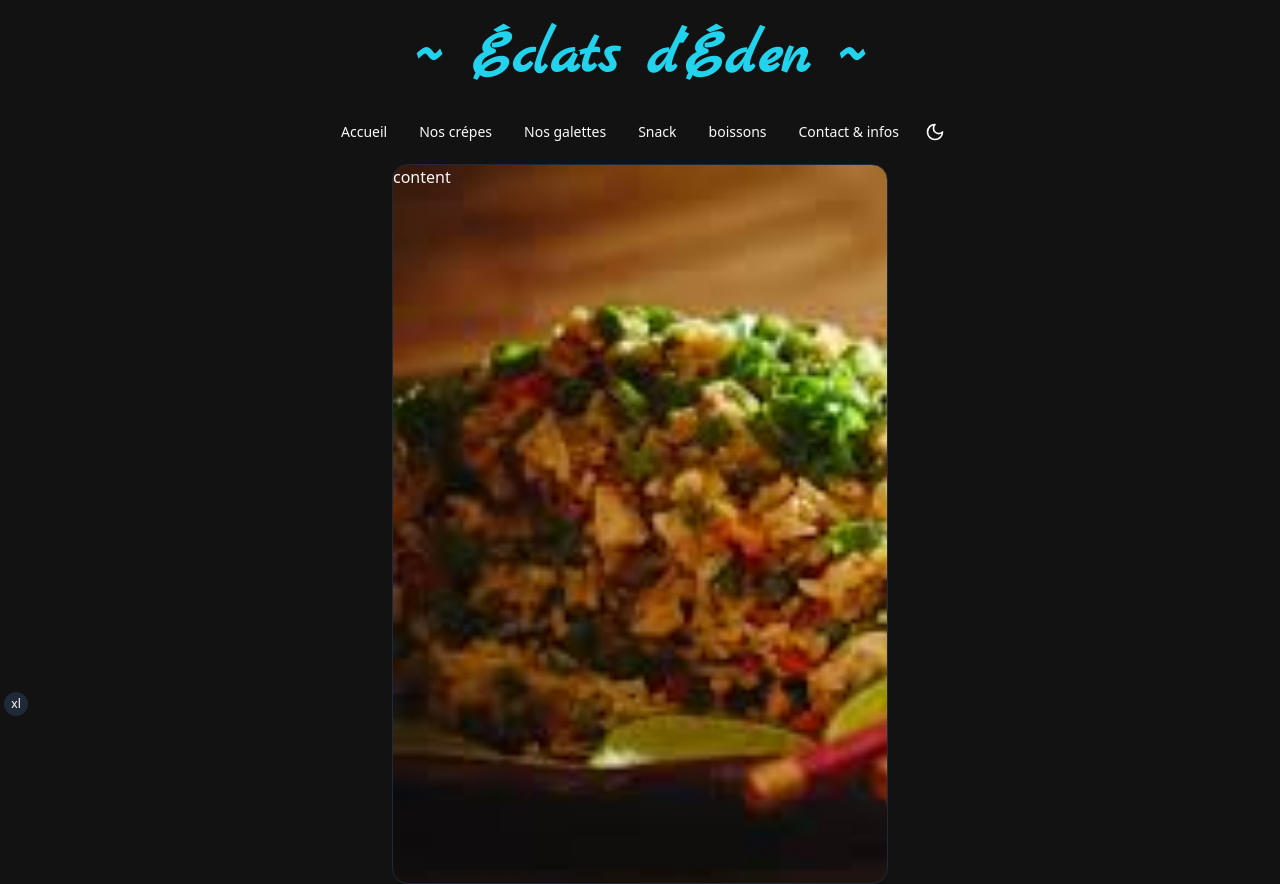
Repository: jeffMauritius/eclats-deden
Page: /schedule
These files come from the project's save history. The page is drawn as it stood at one moment and after the next save; the edit follows.
The browser window is 1280 px wide. The pictures show the whole page.
The project was rebuilt for these pictures with package versions that can differ from the ones it lists, and the page was loaded fresh each time. The framework's server and built-in components were replaced by stand-ins that run in the browser. Also part of the build but not shown: next.config.mjs.

Above is the page before, as saved 2024-08-13 07:06:14.

### app/layout.tsx
// app/layout.
import { Header } from "@/components/layout/Header"
import { TailwindIndicator } from "@/components/TailwindIndicator"
import { SiteConfig } from "@/lib/config"
import { cn } from "@/lib/utils"
import type { Metadata } from "next"
import { Inter, Marck_Script } from "next/font/google"
import { PropsWithChildren } from "react"
import { Providers } from "./Providers"
import "./globals.css"
import { Title } from "@/components/layout/Title"

const fontSans = Inter({ subsets: ["latin"], variable: "--font-sans" })
const fontDisplay = Marck_Script({
  subsets: ["latin"],
  variable: "--font-display",
  weight: "400",
})

export const metadata: Metadata = {
  title: SiteConfig.title,
  description: SiteConfig.description,
}

export default function RootLayout({ children }: PropsWithChildren) {
  return (
    <html lang="en" className="h-full" suppressHydrationWarning>
      <head />
      <body
        className={cn(
          `flex flex-col h-screen bg-background font-sans antialiased p-5`,
          fontSans.variable,
          fontDisplay.variable,
        )}
      >
        <Providers>
          <div className="relative flex flex-col">
            <Title title="Éclats d'Éden" />
            <div>
              <Header />
            </div>
            {children}
          </div>
          <TailwindIndicator />
        </Providers>
      </body>
    </html>
  )
}

### app/schedule/page.tsx
const SchedulePage = () => {
  return (
    <div>
      <div className="flex justify-center">
        <div className="absolute m-auto h-screen w-2/5 rounded-2xl border bg-[url('/riz.jpeg')] bg-cover ">
          <div className="relative imageUrl={`bg-[url('/riz.jpeg')] bg-cover`}">
            content
          </div>
        </div>
      </div>
    </div>
  )
}

export default SchedulePage

### src/components/layout/Header.tsx
"use client"

import { ThemeToggle } from "../ThemeToggle"
import NavigationMenuComponent from "./NavigationMenu"

export function Header() {
  return (
    <header className=" z-30 w-full">
      <div className=" container flex  flex-col  items-center space-x-4 pt-3 sm:justify-between sm:space-x-0">
        <div className="flex flex-auto justify-center py-3">
          <NavigationMenuComponent />
          <ThemeToggle />
        </div>
      </div>
    </header>
  )
}

### src/lib/config.ts
export const SiteConfig = {
  title: "Camille snack",
  description: "La Cuvette Beach, Grand Baie, Île Maurice",
} as const

### app/Providers.tsx
"use client"

import { SessionProvider } from "next-auth/react"
import { ThemeProvider } from "next-themes"
import { PropsWithChildren } from "react"
import { Toaster } from "react-hot-toast"

export const Providers = ({ children }: PropsWithChildren) => {
  return (
    <>
      <ThemeProvider attribute="class" defaultTheme="dark" enableSystem>
        <Toaster />
        <SessionProvider>{children}</SessionProvider>
      </ThemeProvider>
    </>
  )
}

### app/globals.css
@tailwind base;
  @tailwind components;
  @tailwind utilities;

  @layer base {
    :root {
      --background: 0 0% 100%;
      --foreground: 222.2 84% 4.9%;

      --card: 0 0% 100%;
      --card-foreground: 222.2 84% 4.9%;

      --popover: 0 0% 100%;
      --popover-foreground: 222.2 84% 4.9%;

      --primary: 222.2 47.4% 11.2%;
      --primary-foreground: 210 40% 98%;

      --secondary: 210 40% 96.1%;
      --secondary-foreground: 222.2 47.4% 11.2%;

      --muted: 210 40% 96.1%;
      --muted-foreground: 215.4 16.3% 46.9%;

      --accent: 210 40% 96.1%;
      --accent-foreground: 222.2 47.4% 11.2%;

      --destructive: 0 84.2% 60.2%;
      --destructive-foreground: 210 40% 98%;

      --border: 214.3 31.8% 91.4%;
      --input: 214.3 31.8% 91.4%;
      --ring: 222.2 84% 4.9%;

      --radius: 0.5rem;
    }

    .dark {
      --background: rgb(10, 11, 10);
      --foreground: 210 40% 98%;

      --card: rgb(10, 11, 10);
      --card-foreground: 210 40% 98%;

      --popover: 222.2 84% 4.9%;
      --popover-foreground: 210 40% 98%;

      --primary: 210 40% 98%;
      --primary-foreground: 222.2 47.4% 11.2%;

      --secondary: 217.2 32.6% 17.5%;
      --secondary-foreground: 210 40% 98%;

      --muted: 217.2 32.6% 17.5%;
      --muted-foreground: 215 20.2% 65.1%;

      --accent: 217.2 32.6% 17.5%;
      --accent-foreground: 210 40% 98%;

      --destructive: 0 62.8% 30.6%;
      --destructive-foreground: 210 40% 98%;

      --border: 217.2 32.6% 17.5%;
      --input: 217.2 32.6% 17.5%;
      --ring: 212.7 26.8% 83.9%;
    }
  }

  @layer base {
    * {
      @apply border-border;
    }
    @font-face {
      font-family: 'Marck Script';
      font-style: normal;
      font-weight: 400;
      font-display: swap;
      src: url(/fonts/MarckScript-Regular.ttf) format('ttf');
    }
    body {
      @apply bg-background text-foreground;
    }
  }

### src/components/layout/Title.tsx
interface TitleProps {
  title: string
}

export function Title({ title }: TitleProps) {
  return (
    <div className="flex flex-auto justify-center ">
      <h1
        className={`pt-2 font-display text-4xl font-bold text-cyan-400 md:text-6xl`}
      >
        {" "}
        {`~ ${title} ~`}
      </h1>
    </div>
  )
}

### src/components/ThemeToggle.tsx
"use client"

import { Button } from "@/components/ui/button"
import { Moon, Sun } from "lucide-react"
import { useTheme } from "next-themes"

export function ThemeToggle() {
  const { setTheme, theme } = useTheme()

  return (
    <Button
      variant="ghost"
      size="icon"
      onClick={() => setTheme(theme === "light" ? "dark" : "light")}
    >
      <Sun className="h-6 w-[1.3rem] dark:hidden" />
      <Moon className="hidden size-5 dark:block" />
      <span className="sr-only">Toggle theme</span>
    </Button>
  )
}

### src/components/layout/NavigationMenu.tsx
"use client"

import {
  NavigationMenu,
  NavigationMenuLink,
  navigationMenuTriggerStyle,
} from "@/components/ui/navigation-menu"
import { navigationData } from "./navigationData"
import { useClientMediaQuery } from "@/lib/isMobileDevice"

const NavigationMenuComponent = () => {
  const isMobile = useClientMediaQuery("(max-width: 600px)")
  return (
    <NavigationMenu>
      {!isMobile &&
        navigationData.map((item, index) => (
          <NavigationMenuLink
            className={navigationMenuTriggerStyle()}
            key={index}
            href={item.link}
          >
            {item.title}
          </NavigationMenuLink>
        ))}
    </NavigationMenu>
  )
}

export default NavigationMenuComponent

### src/components/ui/button.tsx
import * as React from "react"
import { Slot } from "@radix-ui/react-slot"
import { cva, type VariantProps } from "class-variance-authority"

import { cn } from "@/lib/utils"

const buttonVariants = cva(
  "inline-flex items-center justify-center whitespace-nowrap rounded-md text-sm font-medium ring-offset-background transition-colors focus-visible:outline-none focus-visible:ring-2 focus-visible:ring-ring focus-visible:ring-offset-2 disabled:pointer-events-none disabled:opacity-50",
  {
    variants: {
      variant: {
        default: "bg-primary text-primary-foreground hover:bg-primary/90",
        destructive:
          "bg-destructive text-destructive-foreground hover:bg-destructive/90",
        outline:
          "border border-input bg-background hover:bg-accent hover:text-accent-foreground",
        secondary:
          "bg-secondary text-secondary-foreground hover:bg-secondary/80",
        ghost: "hover:bg-accent hover:text-accent-foreground",
        link: "text-primary underline-offset-4 hover:underline",
      },
      size: {
        default: "h-10 px-4 py-2",
        sm: "h-9 rounded-md px-3",
        lg: "h-11 rounded-md px-8",
        icon: "size-10",
      },
    },
    defaultVariants: {
      variant: "default",
      size: "default",
    },
  },
)

export interface ButtonProps
  extends React.ButtonHTMLAttributes<HTMLButtonElement>,
    VariantProps<typeof buttonVariants> {
  asChild?: boolean
}

const Button = React.forwardRef<HTMLButtonElement, ButtonProps>(
  ({ className, variant, size, asChild = false, ...props }, ref) => {
    const Comp = asChild ? Slot : "button"
    return (
      <Comp
        className={cn(buttonVariants({ variant, size, className }))}
        ref={ref}
        {...props}
      />
    )
  },
)
Button.displayName = "Button"

export { Button, buttonVariants }

### src/components/ui/navigation-menu.tsx
import * as React from "react"
import * as NavigationMenuPrimitive from "@radix-ui/react-navigation-menu"
import { cva } from "class-variance-authority"
import { ChevronDown } from "lucide-react"

import { cn } from "@/lib/utils"

const NavigationMenu = React.forwardRef<
  React.ElementRef<typeof NavigationMenuPrimitive.Root>,
  React.ComponentPropsWithoutRef<typeof NavigationMenuPrimitive.Root>
>(({ className, children, ...props }, ref) => (
  <NavigationMenuPrimitive.Root
    ref={ref}
    className={cn(
      "relative z-10 flex max-w-max flex-1 items-center justify-center",
      className,
    )}
    {...props}
  >
    {children}
    <NavigationMenuViewport />
  </NavigationMenuPrimitive.Root>
))
NavigationMenu.displayName = NavigationMenuPrimitive.Root.displayName

const NavigationMenuList = React.forwardRef<
  React.ElementRef<typeof NavigationMenuPrimitive.List>,
  React.ComponentPropsWithoutRef<typeof NavigationMenuPrimitive.List>
>(({ className, ...props }, ref) => (
  <NavigationMenuPrimitive.List
    ref={ref}
    className={cn(
      "group flex flex-1 list-none items-center justify-center space-x-1",
      className,
    )}
    {...props}
  />
))
NavigationMenuList.displayName = NavigationMenuPrimitive.List.displayName

const NavigationMenuItem = NavigationMenuPrimitive.Item

const navigationMenuTriggerStyle = cva(
  "group inline-flex h-10 w-max items-center justify-center rounded-md bg-background px-4 py-2 text-sm font-medium transition-colors hover:bg-accent hover:text-accent-foreground focus:bg-accent focus:text-accent-foreground focus:outline-none disabled:pointer-events-none disabled:opacity-50 data-[active]:bg-accent/50 data-[state=open]:bg-accent/50",
)

const NavigationMenuTrigger = React.forwardRef<
  React.ElementRef<typeof NavigationMenuPrimitive.Trigger>,
  React.ComponentPropsWithoutRef<typeof NavigationMenuPrimitive.Trigger>
>(({ className, children, ...props }, ref) => (
  <NavigationMenuPrimitive.Trigger
    ref={ref}
    className={cn(navigationMenuTriggerStyle(), "group", className)}
    {...props}
  >
    {children}{" "}
    <ChevronDown
      className="relative top-px ml-1 size-3 transition duration-200 group-data-[state=open]:rotate-180"
      aria-hidden="true"
    />
  </NavigationMenuPrimitive.Trigger>
))
NavigationMenuTrigger.displayName = NavigationMenuPrimitive.Trigger.displayName

const NavigationMenuContent = React.forwardRef<
  React.ElementRef<typeof NavigationMenuPrimitive.Content>,
  React.ComponentPropsWithoutRef<typeof NavigationMenuPrimitive.Content>
>(({ className, ...props }, ref) => (
  <NavigationMenuPrimitive.Content
    ref={ref}
    className={cn(
      "left-0 top-0 w-full data-[motion^=from-]:animate-in data-[motion^=to-]:animate-out data-[motion^=from-]:fade-in data-[motion^=to-]:fade-out data-[motion=from-end]:slide-in-from-right-52 data-[motion=from-start]:slide-in-from-left-52 data-[motion=to-end]:slide-out-to-right-52 data-[motion=to-start]:slide-out-to-left-52 md:absolute md:w-auto ",
      className,
    )}
    {...props}
  />
))
NavigationMenuContent.displayName = NavigationMenuPrimitive.Content.displayName

const NavigationMenuLink = NavigationMenuPrimitive.Link

const NavigationMenuViewport = React.forwardRef<
  React.ElementRef<typeof NavigationMenuPrimitive.Viewport>,
  React.ComponentPropsWithoutRef<typeof NavigationMenuPrimitive.Viewport>
>(({ className, ...props }, ref) => (
  <div className={cn("absolute left-0 top-full flex justify-center")}>
    <NavigationMenuPrimitive.Viewport
      className={cn(
        "origin-top-center relative mt-1.5 h-[var(--radix-navigation-menu-viewport-height)] w-full overflow-hidden rounded-md border bg-popover text-popover-foreground shadow-lg data-[state=open]:animate-in data-[state=closed]:animate-out data-[state=closed]:zoom-out-95 data-[state=open]:zoom-in-90 md:w-[var(--radix-navigation-menu-viewport-width)]",
        className,
      )}
      ref={ref}
      {...props}
    />
  </div>
))
NavigationMenuViewport.displayName =
  NavigationMenuPrimitive.Viewport.displayName

const NavigationMenuIndicator = React.forwardRef<
  React.ElementRef<typeof NavigationMenuPrimitive.Indicator>,
  React.ComponentPropsWithoutRef<typeof NavigationMenuPrimitive.Indicator>
>(({ className, ...props }, ref) => (
  <NavigationMenuPrimitive.Indicator
    ref={ref}
    className={cn(
      "top-full z-[1] flex h-1.5 items-end justify-center overflow-hidden data-[state=visible]:animate-in data-[state=hidden]:animate-out data-[state=hidden]:fade-out data-[state=visible]:fade-in",
      className,
    )}
    {...props}
  >
    <div className="relative top-[60%] size-2 rotate-45 rounded-tl-sm bg-border shadow-md" />
  </NavigationMenuPrimitive.Indicator>
))
NavigationMenuIndicator.displayName =
  NavigationMenuPrimitive.Indicator.displayName

export {
  navigationMenuTriggerStyle,
  NavigationMenu,
  NavigationMenuList,
  NavigationMenuItem,
  NavigationMenuContent,
  NavigationMenuTrigger,
  NavigationMenuLink,
  NavigationMenuIndicator,
  NavigationMenuViewport,
}

### src/components/layout/navigationData.ts
export const navigationData = [
    {
        title: "Accueil",
        link: "/",
    },
    {
        title: "Nos crépes",
        link: "/crepes",
    },
    {
        title: "Nos galettes",
        link: "/galettes",
    },
    {
        title: "Snack",
        link: "/snack",
    },
    {
        title: "boissons",
        link: "/boissons",
    },
    {
        title: "Contact & infos",
        link: "/location",
    },

]

export const navigationDataMobile = [
    {
        title: "Accueil",
        link: "/",
    },
    {
        title: "Horaires d'ouverture",
        link: "/schedule",
    },
    {
        title: "Contact & infos",
        link: "/location",
    },

]

### src/lib/isMobileDevice.ts
'use client'

import { useEffect, useState } from 'react'

export function useClientMediaQuery(query: string) {
  const [matches, setMatches] = useState(false)

  useEffect(() => {
    const mediaQueryList = window.matchMedia(query)

    const handleMatchChange = (e: MediaQueryListEvent) => {
      setMatches(e.matches)
    }

    mediaQueryList.addEventListener('change', handleMatchChange)
    setMatches(mediaQueryList.matches)

    return () => {
      mediaQueryList.removeEventListener('change', handleMatchChange)
    }
  }, [query])

  return matches
}

### tailwind.config.ts
import type { Config } from "tailwindcss"

const config = {
  darkMode: ["class"],
  content: [
    "./pages/**/*.{ts,tsx}",
    "./components/**/*.{ts,tsx}",
    "./app/**/*.{ts,tsx}",
    "./src/**/*.{ts,tsx}",
  ],
  prefix: "",
  theme: {
    container: {
      center: true,
      padding: "2rem",
      screens: {
        "2xl": "1400px",
      },
    },
    fontFamily: {
      'display': ['"Marck Script"', 'cursive'],
      'body': ['"Open Sans"', 'sans-serif'],
    },
    extend: {
      colors: {
        border: "hsl(var(--border))",
        input: "hsl(var(--input))",
        ring: "hsl(var(--ring))",
        background: "hsl(var(--background))",
        foreground: "hsl(var(--foreground))",
        primary: {
          DEFAULT: "hsl(var(--primary))",
          foreground: "hsl(var(--primary-foreground))",
        },
        secondary: {
          DEFAULT: "hsl(var(--secondary))",
          foreground: "hsl(var(--secondary-foreground))",
        },
        destructive: {
          DEFAULT: "hsl(var(--destructive))",
          foreground: "hsl(var(--destructive-foreground))",
        },
        muted: {
          DEFAULT: "hsl(var(--muted))",
          foreground: "hsl(var(--muted-foreground))",
        },
        accent: {
          DEFAULT: "hsl(var(--accent))",
          foreground: "hsl(var(--accent-foreground))",
        },
        popover: {
          DEFAULT: "hsl(var(--popover))",
          foreground: "hsl(var(--popover-foreground))",
        },
        card: {
          DEFAULT: "hsl(var(--card))",
          foreground: "hsl(var(--card-foreground))",
        },
      },
      borderRadius: {
        lg: "var(--radius)",
        md: "calc(var(--radius) - 2px)",
        sm: "calc(var(--radius) - 4px)",
      },
      keyframes: {
        "accordion-down": {
          from: { height: "0" },
          to: { height: "var(--radix-accordion-content-height)" },
        },
        "accordion-up": {
          from: { height: "var(--radix-accordion-content-height)" },
          to: { height: "0" },
        },
      },
      animation: {
        "accordion-down": "accordion-down 0.2s ease-out",
        "accordion-up": "accordion-up 0.2s ease-out",
      },
    },
  },
  plugins: [require("tailwindcss-animate")],
} satisfies Config

export default config

Loaded but not shown: src/components/TailwindIndicator.tsx (common file); src/lib/utils.ts (common file)

After the next save:
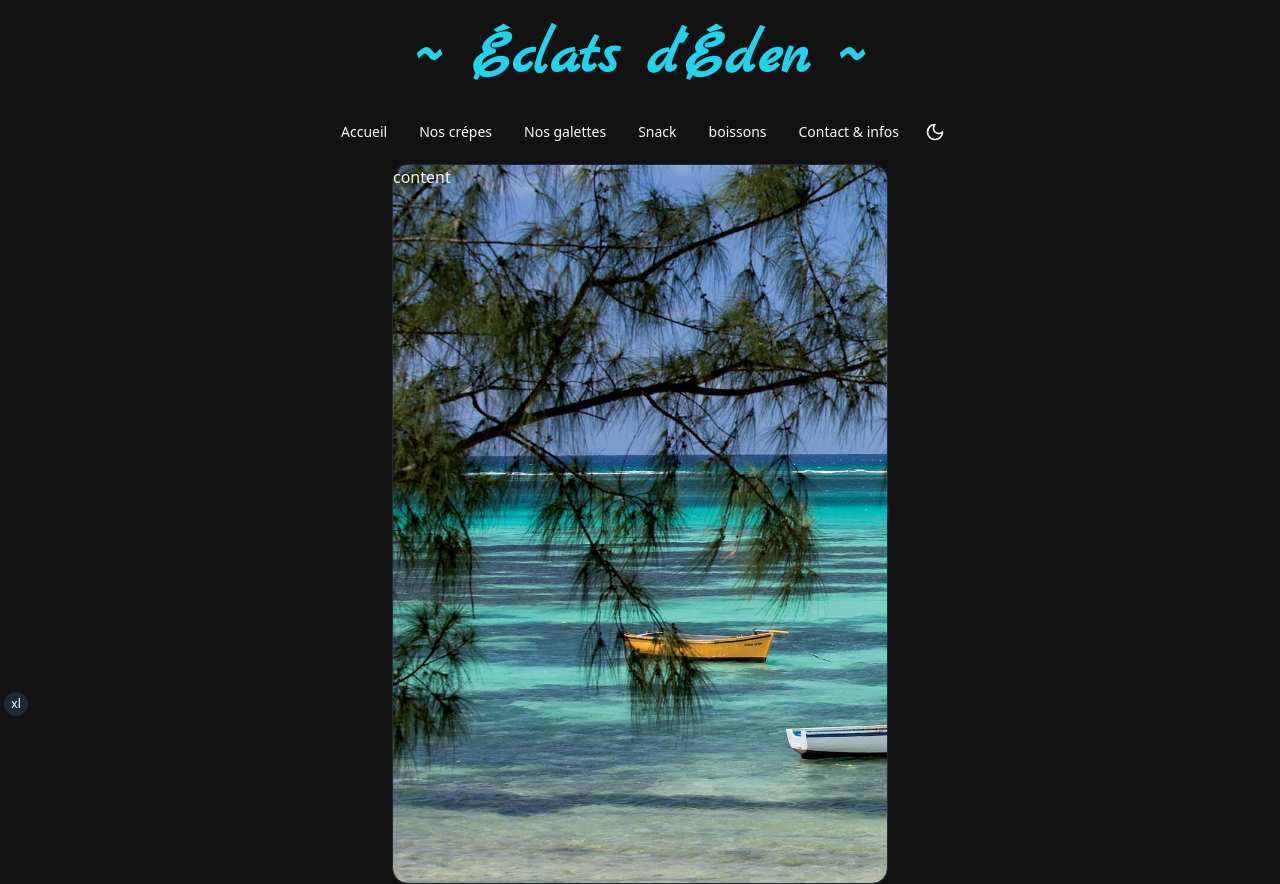
Saved 92 s later.
--- a/app/schedule/page.tsx
+++ b/app/schedule/page.tsx
@@ -2,7 +2,7 @@ const SchedulePage = () => {
   return (
     <div>
       <div className="flex justify-center">
-        <div className="absolute m-auto h-screen w-2/5 rounded-2xl border bg-[url('/riz.jpeg')] bg-cover ">
+        <div className="absolute m-auto h-screen w-2/5 rounded-2xl border bg-[url('/maurice.jpeg')] bg-cover ">
           <div className="relative imageUrl={`bg-[url('/riz.jpeg')] bg-cover`}">
             content
           </div>
